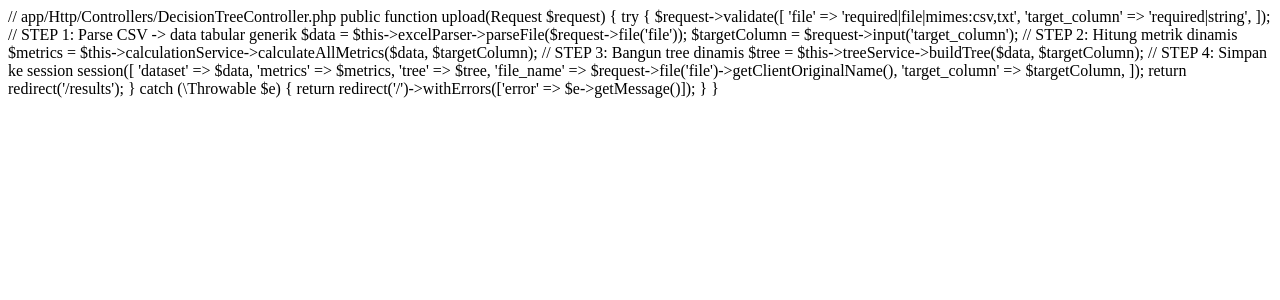
Repository: Bearli-py/decision_tree
Page: http://localhost/app/Http/Controllers/DecisionTreeController.php
The author's editor kept a copy of each file at every save. The page is drawn from the files as they stood at one save, then again after a run of saves.
The browser window is 1280 px wide. The pictures show the whole page.
The page is run by PHP 8.4 with error messages shown; the project is at /var/www/html/.

Above is the page before, as saved 2025-12-02 22:12:32.

### app/Http/Controllers/DecisionTreeController.php
// app/Http/Controllers/DecisionTreeController.php

public function upload(Request $request)
{
    try {
        $request->validate([
            'file'          => 'required|file|mimes:csv,txt',
            'target_column' => 'required|string',
        ]);

        // STEP 1: Parse CSV -> data tabular generik
        $data = $this->excelParser->parseFile($request->file('file'));

        $targetColumn = $request->input('target_column');

        // STEP 2: Hitung metrik dinamis
        $metrics = $this->calculationService->calculateAllMetrics($data, $targetColumn);

        // STEP 3: Bangun tree dinamis
        $tree = $this->treeService->buildTree($data, $targetColumn);

        // STEP 4: Simpan ke session
        session([
            'dataset'       => $data,
            'metrics'       => $metrics,
            'tree'          => $tree,
            'file_name'     => $request->file('file')->getClientOriginalName(),
            'target_column' => $targetColumn,
        ]);

        return redirect('/results');
    } catch (\Throwable $e) {
        return redirect('/')->withErrors(['error' => $e->getMessage()]);
    }
}

After the next 2 saves:
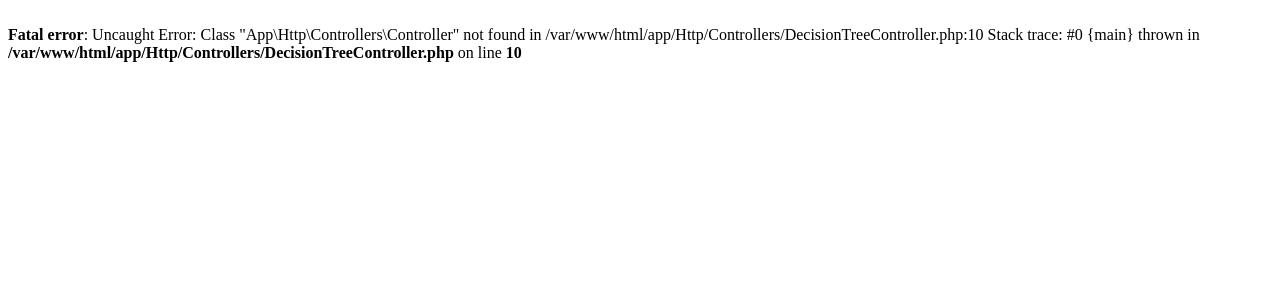
The 2 saves are shown as one change because they came seconds apart.
The last was saved 24 s later.
--- a/app/Http/Controllers/DecisionTreeController.php
+++ b/app/Http/Controllers/DecisionTreeController.php
@@ -1,35 +1,13 @@
-// app/Http/Controllers/DecisionTreeController.php
+<?php
 
-public function upload(Request $request)
+namespace App\Http\Controllers;
+
+use App\Services\ExcelParserService;
+use App\Services\CalculationService;
+use App\Services\DecisionTreeService;
+use Illuminate\Http\Request;
+
+class DecisionTreeController extends Controller
 {
-    try {
-        $request->validate([
-            'file'          => 'required|file|mimes:csv,txt',
-            'target_column' => 'required|string',
-        ]);
-
-        // STEP 1: Parse CSV -> data tabular generik
-        $data = $this->excelParser->parseFile($request->file('file'));
-
-        $targetColumn = $request->input('target_column');
-
-        // STEP 2: Hitung metrik dinamis
-        $metrics = $this->calculationService->calculateAllMetrics($data, $targetColumn);
-
-        // STEP 3: Bangun tree dinamis
-        $tree = $this->treeService->buildTree($data, $targetColumn);
-
-        // STEP 4: Simpan ke session
-        session([
-            'dataset'       => $data,
-            'metrics'       => $metrics,
-            'tree'          => $tree,
-            'file_name'     => $request->file('file')->getClientOriginalName(),
-            'target_column' => $targetColumn,
-        ]);
-
-        return redirect('/results');
-    } catch (\Throwable $e) {
-        return redirect('/')->withErrors(['error' => $e->getMessage()]);
-    }
+    // ...
 }
